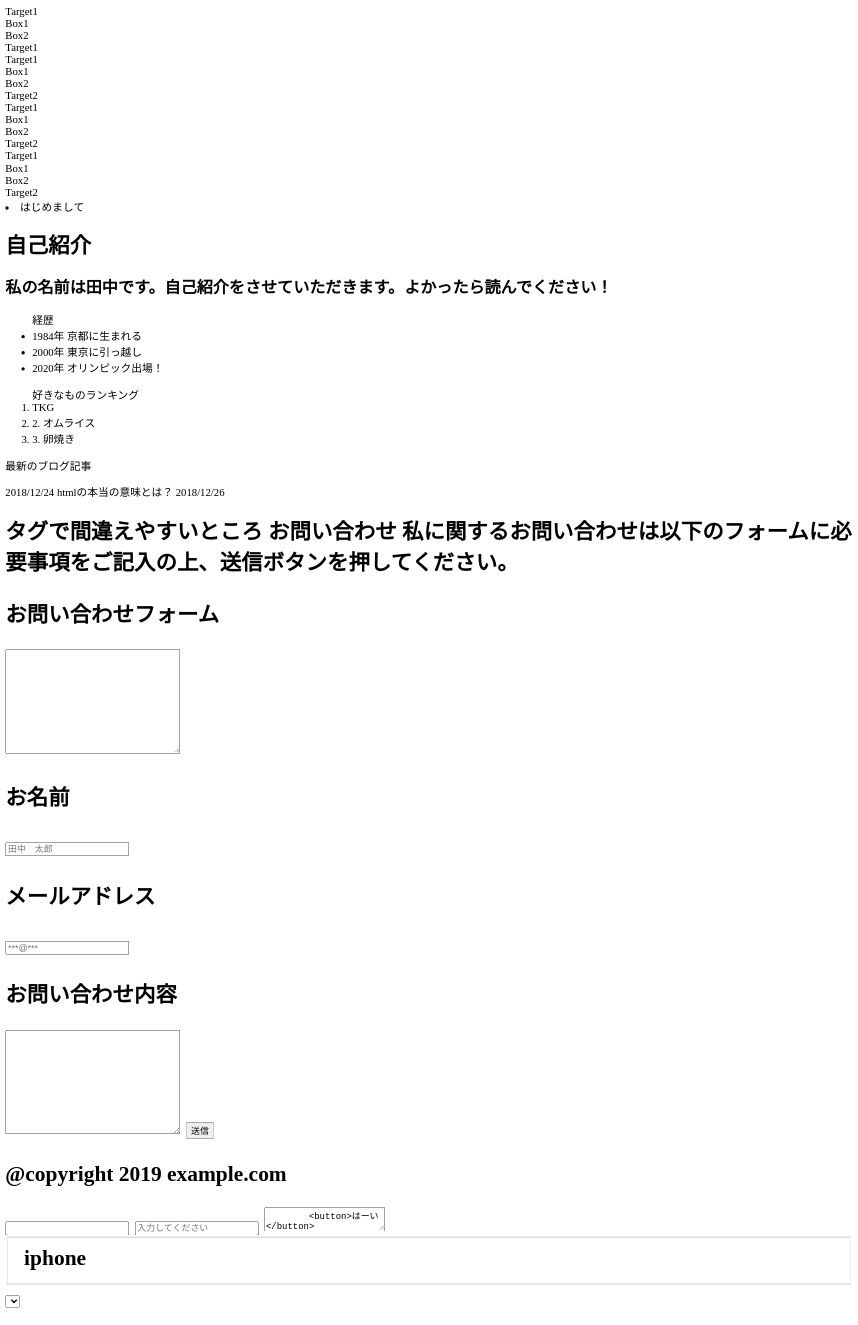
Repository: wairoku/suretigai1
Page: jack.html
An editor plug-in stored every save of this project. The page is shown before and after the next save, followed by the edit.
The browser window is 1280 px wide. The pictures show the whole page, at 67% of full size.

Above is the page before, as saved 2019-01-02 19:27:41.

After the next save:
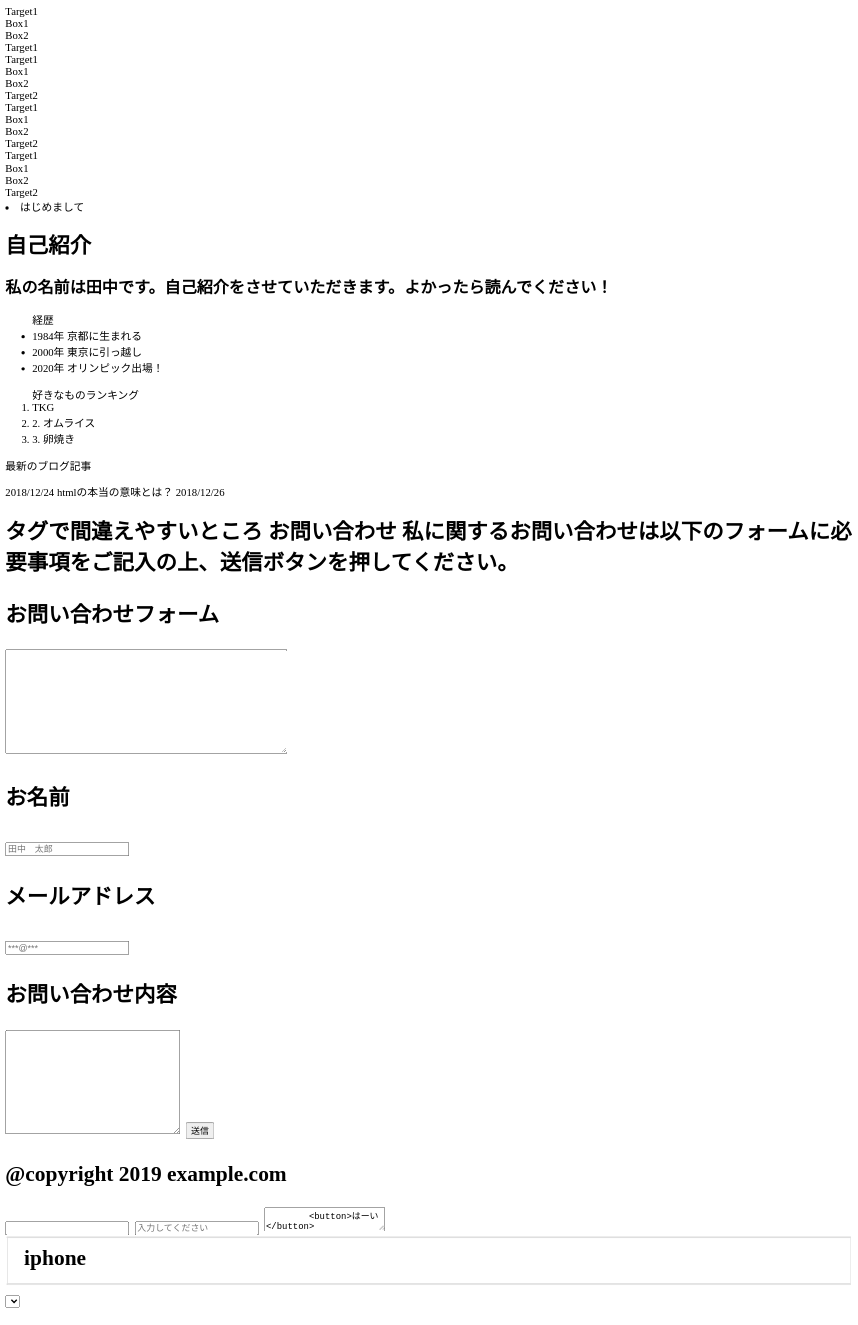
Saved 48 s later.
--- a/jack.html
+++ b/jack.html
@@ -54,7 +54,7 @@
 お問い合わせ
 私に関するお問い合わせは以下のフォームに必要事項をご記入の上、送信ボタンを押してください。
 <p>お問い合わせフォーム</p>
-<textarea name="" id="" cols="30" rows="10"></textarea>
+<textarea name="" id="" cols="50" rows="10"></textarea>
 
 <p>お名前</p>
 <input type="text" placeholder="田中　太郎">
